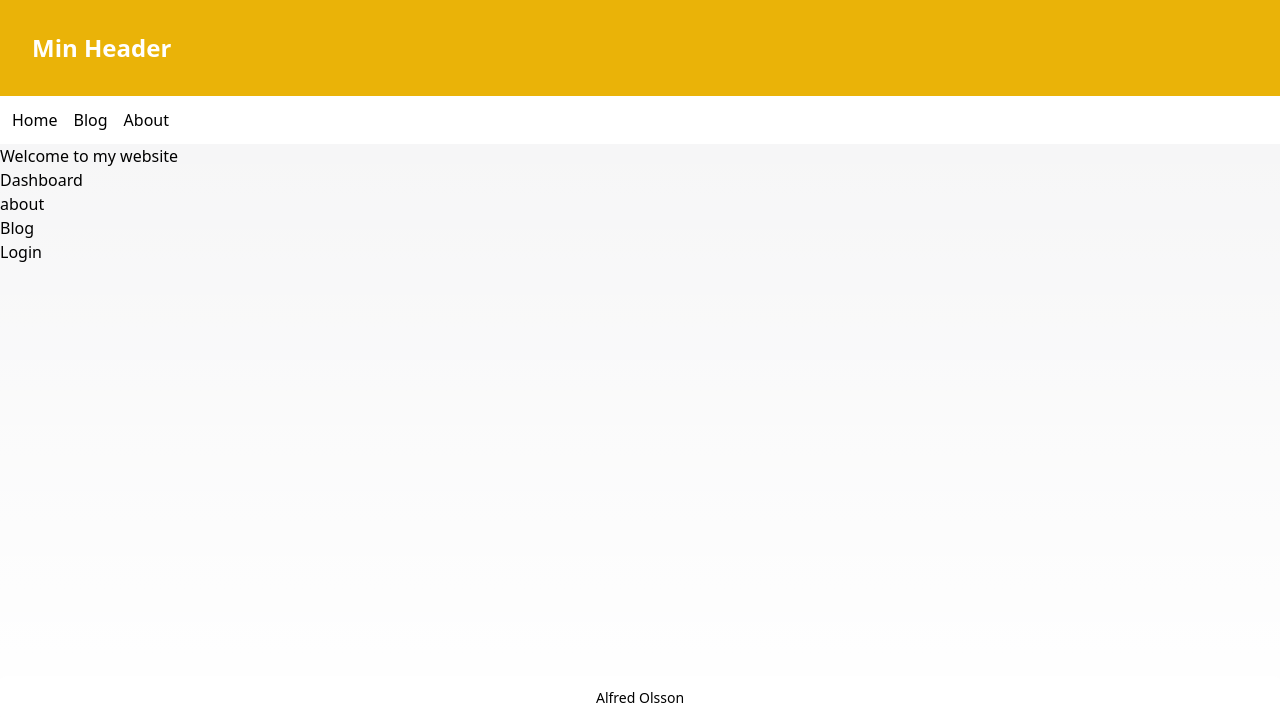
Repository: AlligatorAffe/NextWebsite
Page: /
These files come from the project's save history. The page is drawn as it stood at one moment and after the next save; the edit follows.
The browser window is 1280 px wide. The pictures show the whole page.
The project was rebuilt for these pictures with package versions that can differ from the ones it lists, and the page was loaded fresh each time. The framework's server and built-in components were replaced by stand-ins that run in the browser. Also part of the build but not shown: next.config.js.

Above is the page before, as saved 2024-01-04 21:52:00.

After the next save:
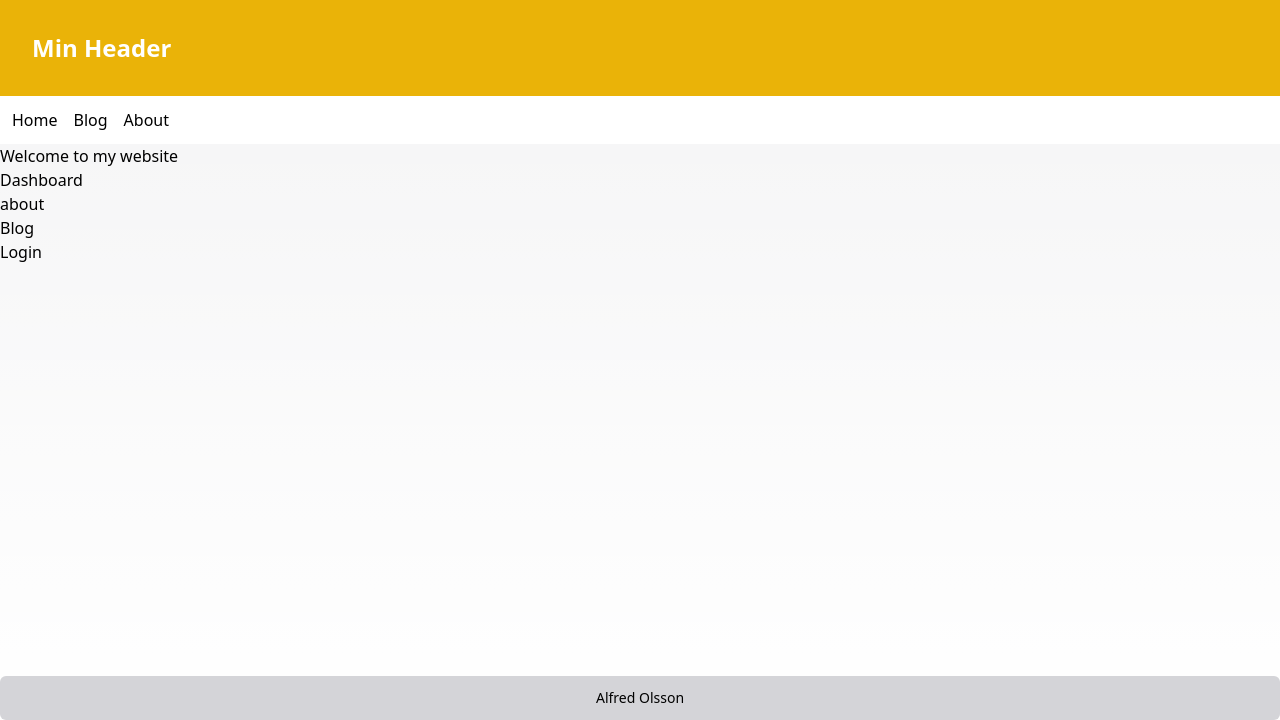
Saved 33 s later.
--- a/app/layout.tsx
+++ b/app/layout.tsx
@@ -73,7 +73,7 @@ export default function RootLayout({
           </nav>
           {children}
         </div>
-        <footer className="bg-white rounded-md p-3">
+        <footer className="bg-zinc-300 rounded-md p-3">
           <h3 className="text-black text-center text-sm font-medium">Alfred Olsson</h3>
         </footer>
       </body>
